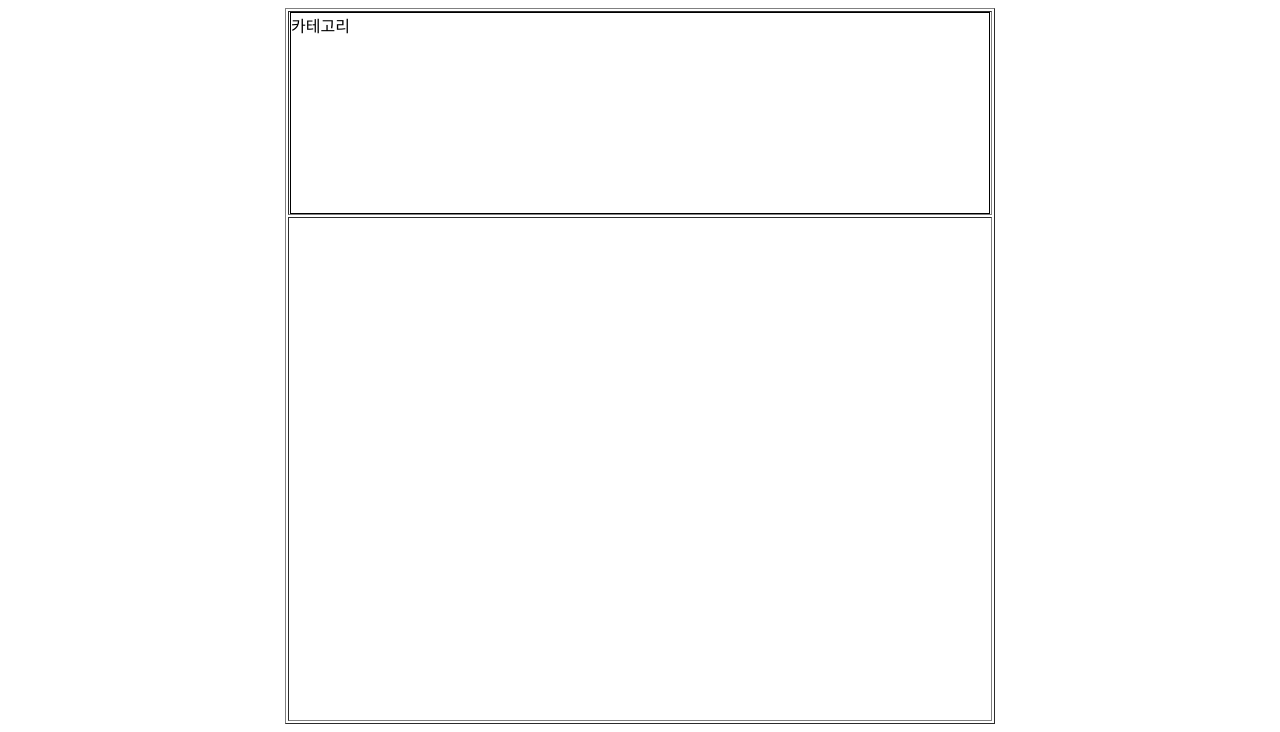
Repository: HmDol/Spring_study
Page: http://localhost/project1/Exweb.jsp
An editor plug-in stored every save of this project. The page is shown before and after the next save, followed by the edit.
The browser window is 1280 px wide. The pictures show the whole page.
The page is served by Tomcat 10. Other server files are loaded and not shown.

Above is the page before, as saved 2023-09-06 06:25:40.

### project1/src/main/webapp/Exweb.jsp
<%@ page language="java" contentType="text/html; charset=EUC-KR"
    pageEncoding="EUC-KR"%>
<!DOCTYPE html>
<html>
<head>
<meta charset="EUC-KR">
<title>Insert title here</title>
</head>
<script>
let cate1 = ["의류", "가전", "컴퓨터"];
let cate2 = [["여성복", "남성복", "아동복"], ["TV","세탁기","냉장고"], ["데스크탑", "노트북", "주변기기"]];
let cate3 = [[["원피스","투피스"], ["셔츠","바지","남방"],["내복", "우주복"]],
	[["LG TV","삼성TV","중소TV"],["LG세탁기","삼성세탁기","중소 세탁기"],["LG냉장고","삼성냉장고","중소냉장고"]],
	[["LG데스크탑","삼성데스크탑","중소 데스크탑"],["LG노트북","삼성노트북","중소노트북"],["프린터","스피커","마이크"]]];

const a = () => {
	let txt = "<table style='background-clolr:gray' border='1'>";
	for(let s of cate1){
		txt += "<tr><td style='width:100px; height:40px'>" + s + "</td></tr>";
	}
	txt +="</table>";
	let e1 = document.getElementById("content");
	e1.innerHTML = txt;
	e1.style.display='';
}

const b = () => {
	let e1 = document.getElementById("content");
	e1.innerHTML = "";
	e1.style.display='none';
}

</script>
<body>
<center>
<table border ="1">
<tr>
<td style ="width : 700px; height:200px">
<div id="cate" style=" height: 100% ;border:1px solid black" onmouseover="a()" onmouseout="b()">카테고리</div>
</td>
</tr>

<tr>
<td style ="width : 700px; height:500px">
<div id = "content">

</div>
</td>
</tr>
</table>
</center>
</body>
</html>

After the next save:
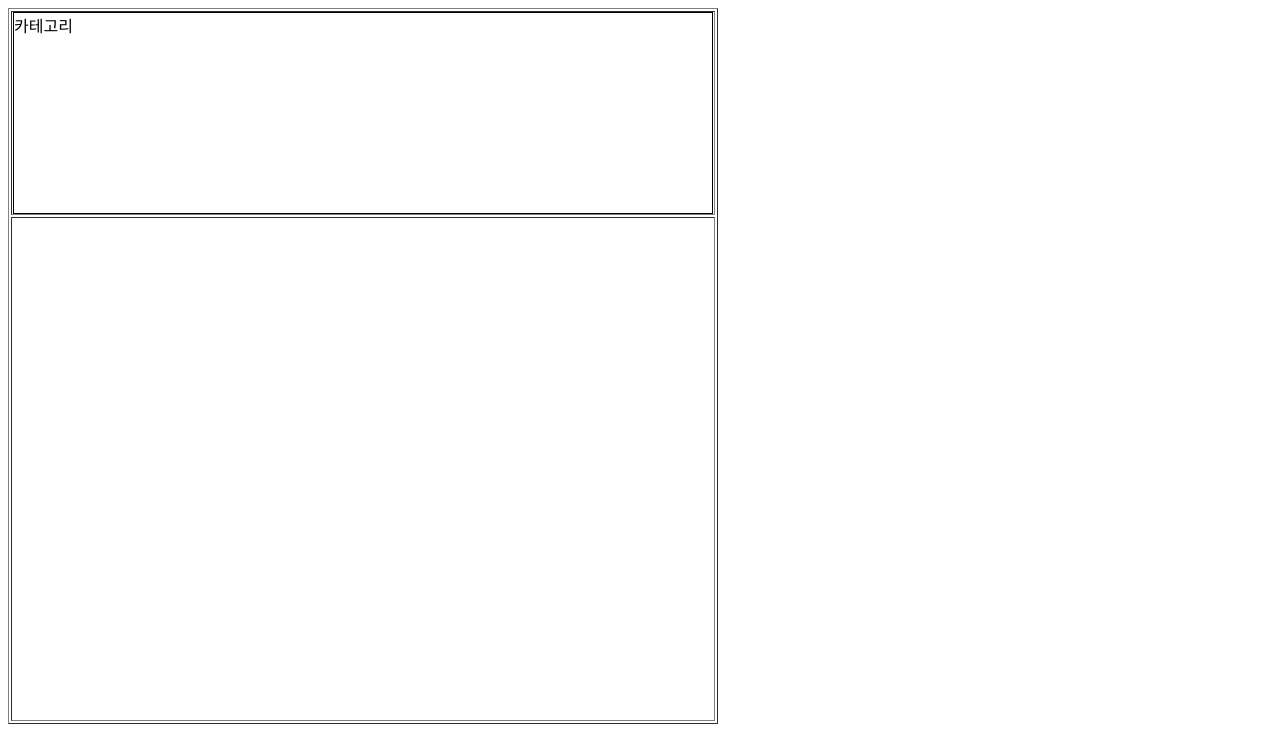
Saved 3 min 23 s later.
--- a/project1/src/main/webapp/Exweb.jsp
+++ b/project1/src/main/webapp/Exweb.jsp
@@ -14,32 +14,31 @@
 	[["LG데스크탑","삼성데스크탑","중소 데스크탑"],["LG노트북","삼성노트북","중소노트북"],["프린터","스피커","마이크"]]];
 
 const a = () => {
-	let txt = "<table style='background-clolr:gray' border='1'>";
+	let txt = "<div><table style='background-clolr:gray' border='1'>";
 	for(let s of cate1){
 		txt += "<tr><td style='width:100px; height:40px'>" + s + "</td></tr>";
 	}
-	txt +="</table>";
-	let e1 = document.getElementById("content");
+	txt +="</table></div> ";
+	let e1 = document.getElementById("cate1");
 	e1.innerHTML = txt;
 	e1.style.display='';
 }
 
 const b = () => {
-	let e1 = document.getElementById("content");
+	let e1 = document.getElementById("cate1");
 	e1.innerHTML = "";
 	e1.style.display='none';
 }
 
 </script>
 <body>
-<center>
+<div id="cate1" style='position:absolute; top:140px; left:10px; display:none'></div>
 <table border ="1">
 <tr>
 <td style ="width : 700px; height:200px">
 <div id="cate" style=" height: 100% ;border:1px solid black" onmouseover="a()" onmouseout="b()">카테고리</div>
 </td>
 </tr>
-
 <tr>
 <td style ="width : 700px; height:500px">
 <div id = "content">
@@ -48,6 +47,5 @@ const b = () => {
 </td>
 </tr>
 </table>
-</center>
 </body>
 </html>
